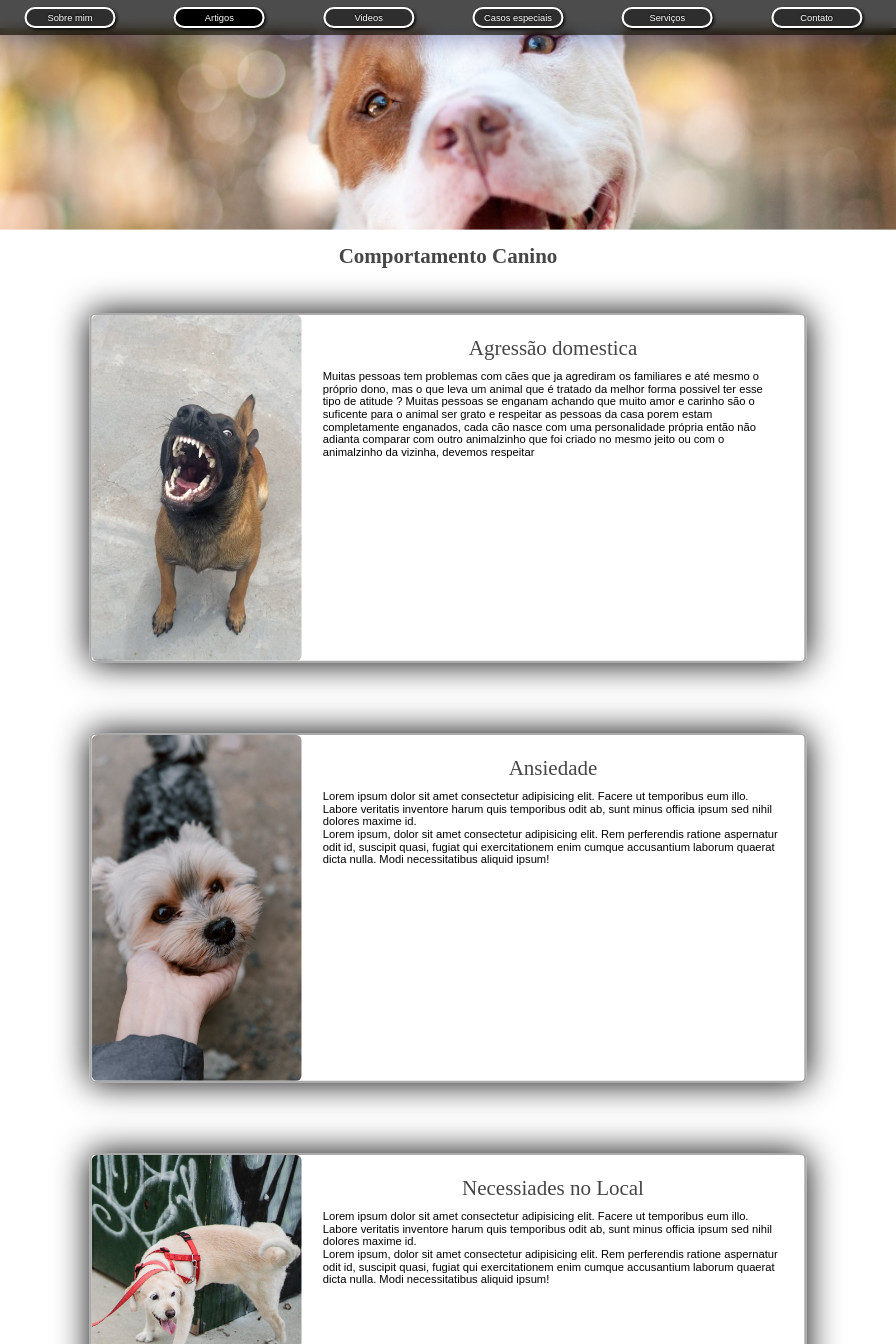
Repository: KevynMarques/Blog-React-StyledComponent
Page: /, after clicking the first element matching `button.sc-eqUAAy`
These files come from the project's save history. The page is drawn as it stood at one moment and after the next save; the edit follows.
The browser window is 1280 px wide. The pictures show the part of the page from y = 0 to 1920 px (the page is 3448 px tall), at 70% of full size.
The project was rebuilt for these pictures with package versions that can differ from the ones it lists, and the page was loaded fresh each time. Also part of the build but not shown: src/Components/Clientes/index.jsx, src/Components/Serviços/index.jsx, src/Components/Contato/index.jsx, src/Components/View/index.jsx.

Above is the page before, as saved 2022-02-21 15:20:25.

After the next save:
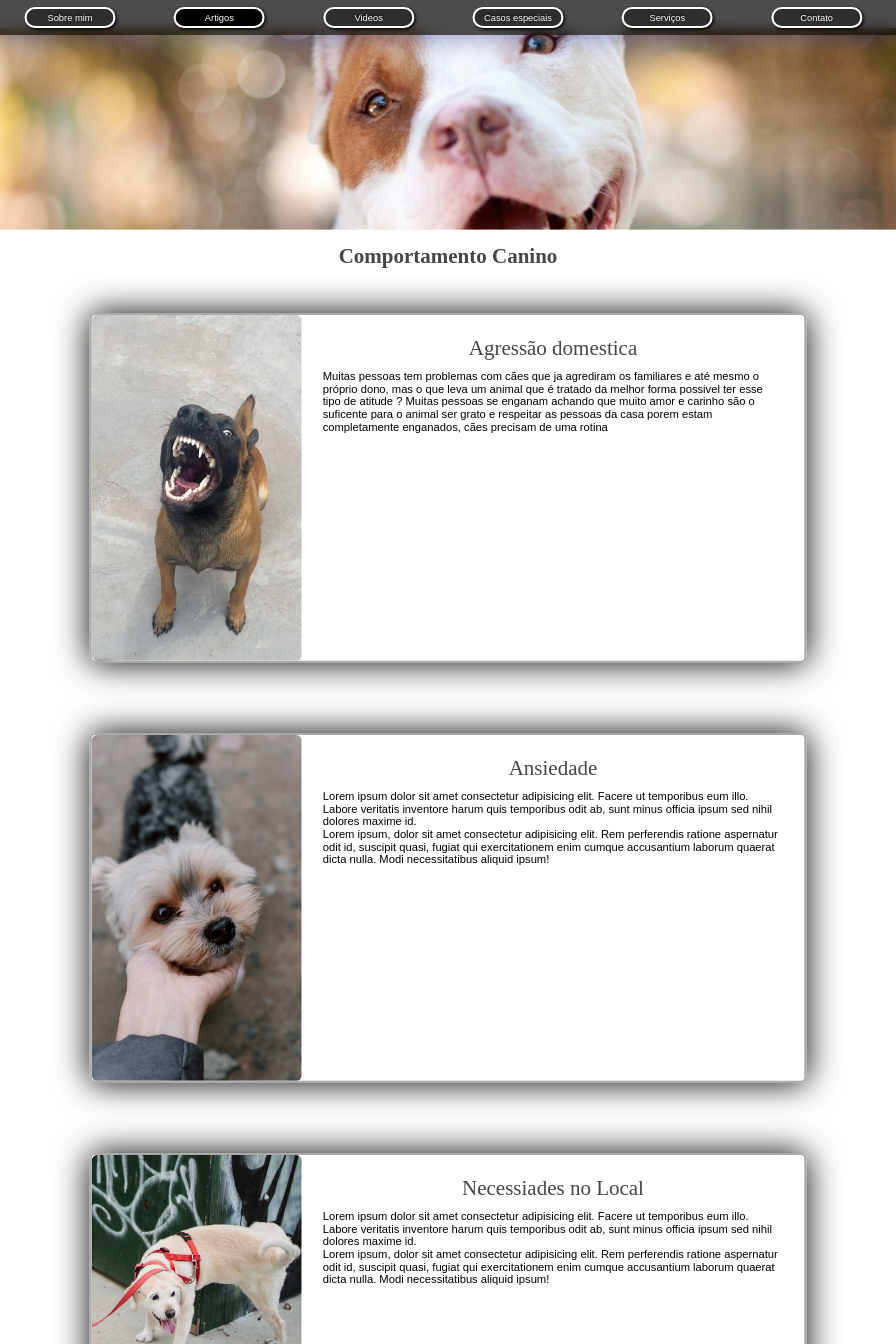
Saved 28 s later.
--- a/src/Components/Artigos/index.jsx
+++ b/src/Components/Artigos/index.jsx
@@ -26,7 +26,7 @@ export default () => {
        <Info>
        <TitleInfo>Agressão domestica</TitleInfo>
        Muitas pessoas tem problemas com cães que ja agrediram os familiares e até mesmo o próprio dono, mas o que leva um animal que é tratado
-       da melhor forma possivel ter esse tipo de atitude ? Muitas pessoas se enganam achando que muito amor e carinho são o suficente para o animal ser grato e respeitar as pessoas da casa porem estam completamente enganados, cada cão nasce com uma personalidade própria então não adianta comparar com outro animalzinho que foi criado no mesmo jeito ou com o animalzinho da vizinha, devemos respeitar
+       da melhor forma possivel ter esse tipo de atitude ? Muitas pessoas se enganam achando que muito amor e carinho são o suficente para o animal ser grato e respeitar as pessoas da casa porem estam completamente enganados, cães precisam de uma rotina
         </Info>
        </ContainerBox>
 
